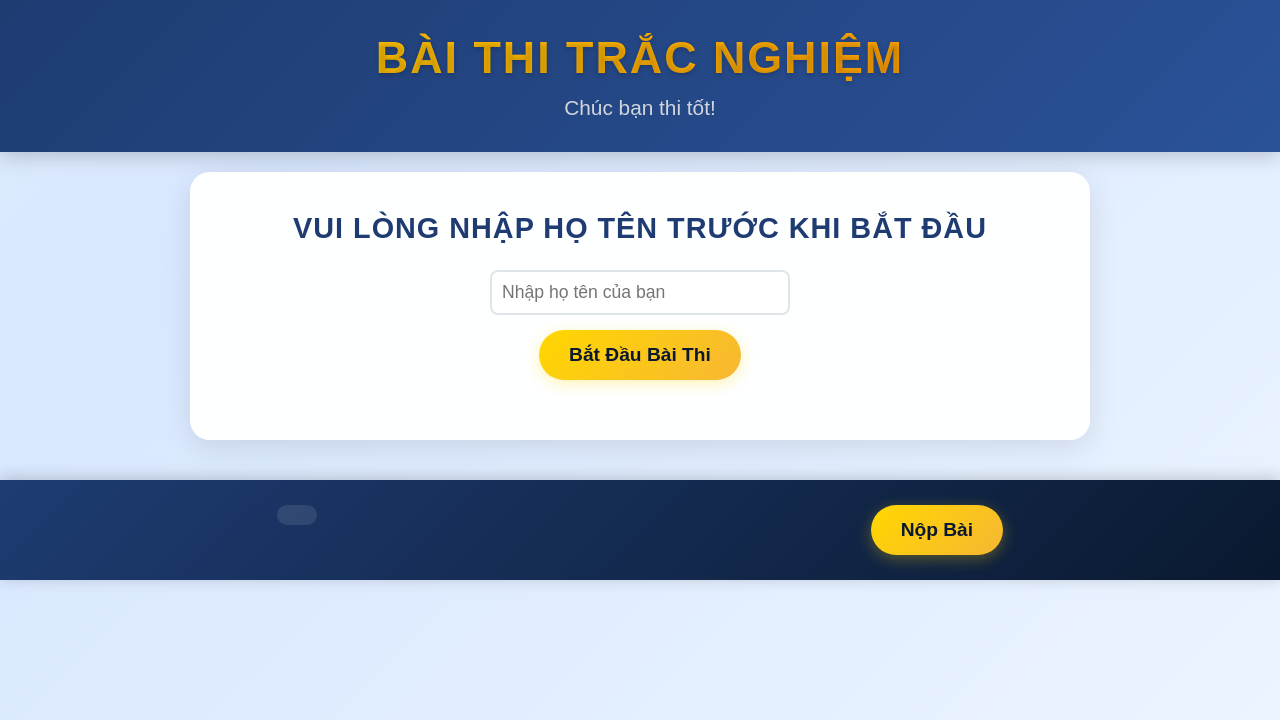
Repository: quankenda73/Prject_Final
Page: INDEX/quiz.html
These files come from the project's save history. The page is drawn as it stood at one moment and after the next save; the edit follows.
The browser window is 1280 px wide. The pictures show the whole page.

Above is the page before, as saved 2025-02-26 12:05:19.
Console error (its wording comes from the project's code and is left out).

### INDEX/quiz.html
<!DOCTYPE html>
<html lang="vi">
<head>
    <meta charset="UTF-8">
    <meta name="viewport" content="width=device-width, initial-scale=1.0">
    <title>Bài Thi Trắc Nghiệm</title>
    <style>
        /* CSS giữ nguyên như bạn cung cấp */
        * {
            margin: 0;
            padding: 0;
            box-sizing: border-box;
            font-family: 'Arial', sans-serif;
        }

        body {
            background: linear-gradient(135deg, #e9f1ff, #d9e8ff, #f0f7ff);
            background-size: 200% 200%;
            animation: gradientBG 15s ease infinite;
            color: #2c3e50;
            min-height: 100vh;
            display: flex;
            flex-direction: column;
        }

        @keyframes gradientBG {
            0% { background-position: 0% 50%; }
            50% { background-position: 100% 50%; }
            100% { background-position: 0% 50%; }
        }

        header {
            background: linear-gradient(135deg, #1e3c72, #2a5298);
            color: #e6e6e6;
            padding: 2rem 0;
            text-align: center;
            box-shadow: 0 4px 20px rgba(0, 0, 0, 0.2);
        }

        header h1 {
            font-size: 2.8rem;
            font-weight: 700;
            text-transform: uppercase;
            letter-spacing: 2px;
            margin-bottom: 0.8rem;
            background: linear-gradient(135deg, #ffd700, #ff8c00);
            -webkit-background-clip: text;
            -webkit-text-fill-color: transparent;
            text-shadow: 0 2px 5px rgba(0, 0, 0, 0.2);
        }

        header p {
            font-size: 1.3rem;
            opacity: 0.9;
            font-weight: 300;
        }

        section {
            width: 100%;
            max-width: 900px;
            margin: 40px auto;
            background: rgba(255, 255, 255, 0.98);
            padding: 40px;
            border-radius: 20px;
            box-shadow: 0 8px 30px rgba(0, 0, 0, 0.1);
            transition: transform 0.3s ease, box-shadow 0.3s ease;
        }

        section:hover {
            transform: translateY(-5px);
            box-shadow: 0 12px 40px rgba(0, 0, 0, 0.15);
        }

        #quizQuestions {
            margin-top: 20px;
        }

        h3 {
            color: #1e3c72;
            font-size: 1.8rem;
            font-weight: 700;
            text-align: center;
            margin-bottom: 25px;
            text-transform: uppercase;
            letter-spacing: 1px;
        }

        div {
            margin-bottom: 30px;
        }

        p strong {
            font-size: 1.2rem;
            color: #2c3e50;
        }

        input[type="radio"] {
            margin-right: 10px;
            accent-color: #ffd700;
        }

        label {
            font-size: 1.1rem;
            color: #4a5a6b;
            cursor: pointer;
            transition: color 0.3s ease;
        }

        label:hover {
            color: #1e3c72;
        }

        footer {
            width: 100%;
            padding: 25px 0;
            background: linear-gradient(135deg, #1e3c72, #0a192f);
            color: #e6e6e6;
            box-shadow: 0 -2px 15px rgba(0, 0, 0, 0.2);
            text-align: center;
            display: flex;
            justify-content: space-around;
            align-items: center;
        }

        #countdown {
            font-size: 1.2rem;
            font-weight: 600;
            background: rgba(255, 255, 255, 0.1);
            padding: 10px 20px;
            border-radius: 25px;
        }

        button {
            padding: 14px 30px;
            background: linear-gradient(135deg, #ffd700, #f7b733);
            color: #0a192f;
            border: none;
            border-radius: 25px;
            font-size: 1.2rem;
            font-weight: 600;
            cursor: pointer;
            transition: all 0.4s ease;
            box-shadow: 0 4px 15px rgba(255, 215, 0, 0.3);
        }

        button:hover {
            background: linear-gradient(135deg, #f7b733, #ffd700);
            transform: scale(1.05);
            box-shadow: 0 8px 25px rgba(255, 215, 0, 0.5);
        }

        #name-form {
            text-align: center;
            margin-bottom: 20px;
        }

        #name-input {
            padding: 10px;
            font-size: 1.1rem;
            border: 2px solid #dfe6e9;
            border-radius: 8px;
            width: 60%;
            max-width: 300px;
            margin-bottom: 15px;
        }

        @media (max-width: 768px) {
            header {
                padding: 1.5rem 15px;
            }

            header h1 {
                font-size: 2.2rem;
            }

            header p {
                font-size: 1.1rem;
            }

            section {
                margin: 20px auto;
                padding: 25px;
            }

            h3 {
                font-size: 1.6rem;
            }

            p strong {
                font-size: 1.1rem;
            }

            label {
                font-size: 1rem;
            }

            footer {
                flex-direction: column;
                gap: 15px;
                padding: 15px 0;
            }

            #countdown {
                font-size: 1rem;
            }

            button {
                padding: 12px 25px;
                font-size: 1.1rem;
            }
        }
    </style>
</head>
<body>
    <header>
        <h1>Bài Thi Trắc Nghiệm</h1>
        <p>Chúc bạn thi tốt!</p>
    </header>

    <section id="quizQuestions">
        <div id="name-form">
            <h3>Vui lòng nhập họ tên trước khi bắt đầu</h3>
            <input type="text" id="name-input" placeholder="Nhập họ tên của bạn" required>
            <br>
            <button onclick="startQuiz()">Bắt Đầu Bài Thi</button>
        </div>
    </section>

    <footer>
        <div>
            <p id="countdown"></p>
        </div>
        <button onclick="submitQuiz()">Nộp Bài</button>
    </footer>

    <script>
        const urlParams = new URLSearchParams(window.location.search);
        const subject = urlParams.get('subject');
        const level = urlParams.get('level');
        const timeParam = urlParams.get('time');
        const timeLimit = timeParam ? parseInt(timeParam) * 60 : 600;

        if (!subject || !level) {
            alert("Thiếu môn học hoặc cấp độ. Vui lòng kiểm tra lại URL!");
            throw new Error("Thiếu subject hoặc level trong URL");
        }

        let remainingTime = timeLimit;
        let questionsData = [];
        let quizStarted = false;

        function startQuiz() {
            const name = document.getElementById('name-input').value.trim();
            if (!name) {
                alert("Vui lòng nhập họ tên trước khi bắt đầu!");
                return;
            }

            quizStarted = true;
            document.getElementById('name-form').style.display = 'none';

            fetch(`http://localhost:3000/api/questions?subject=${subject}&level=${level}`)
                .then(response => {
                    if (!response.ok) {
                        throw new Error(`Không thể tải dữ liệu từ server. Mã lỗi: ${response.status}`);
                    }
                    return response.json();
                })
                .then(data => {
                    if (data.questions && data.questions.length > 0) {
                        questionsData = data.questions;
                        loadQuiz();
                        startCountdown();
                    } else {
                        throw new Error("Không tìm thấy câu hỏi nào phù hợp!");
                    }
                })
                .catch(error => {
                    console.error("Lỗi khi tải dữ liệu:", error);
                    document.getElementById('quizQuestions').innerHTML = `
                        <p style="color: #e74c3c; text-align: center;">
                            Không thể tải dữ liệu bài thi!<br>
                            Lý do: ${error.message}<br>
                            Vui lòng kiểm tra server hoặc file dethi.json.
                        </p>`;
                });
        }

        function loadQuiz() {
            if (!questionsData.length) {
                document.getElementById('quizQuestions').innerHTML = "<p>Không có câu hỏi nào.</p>";
                return;
            }

            let quizHTML = "<h3>Câu Hỏi</h3>";
            questionsData.forEach((q, index) => {
                quizHTML += `
                    <div>
                        <p><strong>${index + 1}. ${q.question}</strong></p>
                        ${q.options.map((option, i) => `
                            <input type="radio" name="q${index}" value="${option}" id="q${index}_option${i}">
                            <label for="q${index}_option${i}">${option}</label><br>
                        `).join('')}
                    </div>
                `;
            });

            document.getElementById('quizQuestions').innerHTML = quizHTML;
        }

        function startCountdown() {
            const countdownElement = document.getElementById('countdown');
            const interval = setInterval(() => {
                if (remainingTime <= 0) {
                    clearInterval(interval);
                    alert('Hết giờ! Bài thi đã được nộp.');
                    submitQuiz();
                } else if (quizStarted) {
                    const minutes = Math.floor(remainingTime / 60);
                    const seconds = remainingTime % 60;
                    countdownElement.textContent = `Thời gian còn lại: ${minutes}:${seconds < 10 ? '0' : ''}${seconds}`;
                    remainingTime--;
                }
            }, 1000);
        }

        function submitQuiz() {
            if (!quizStarted) return;

            const name = document.getElementById('name-input').value.trim();
            let scoreEasy = 0, scoreMedium = 0, scoreHard = 0;
            const answers = [];

            questionsData.forEach((q, index) => {
                const selectedAnswer = document.querySelector(`input[name="q${index}"]:checked`);
                const selectedValue = selectedAnswer ? selectedAnswer.value.trim() : "Chưa chọn";
                answers[index] = selectedValue;

                const isCorrect = selectedValue === q.answer.trim();
                if (isCorrect) {
                    switch (q.difficulty) {
                        case "dễ":
                            scoreEasy++;
                            break;
                        case "trung bình":
                            scoreMedium++;
                            break;
                        case "khó":
                            scoreHard++;
                            break;
                    }
                }
            });

            const totalScore = scoreEasy + scoreMedium + scoreHard;
            const result = {
                name: name,
                subject: subject,
                scoreEasy: scoreEasy,
                scoreMedium: scoreMedium,
                scoreHard: scoreHard,
                totalScore: totalScore
            };

            let results = JSON.parse(localStorage.getItem('quizResults')) || [];
            results.push(result);
            localStorage.setItem('quizResults', JSON.stringify(results));

            const answerParams = answers.map((answer, index) => `q${index}=${encodeURIComponent(answer)}`).join('&');
            window.location.href = `results.html?subject=${subject}&level=${level}&score=${totalScore}&${answerParams}`;
        }
    </script>
</body>
</html>

After the next save:
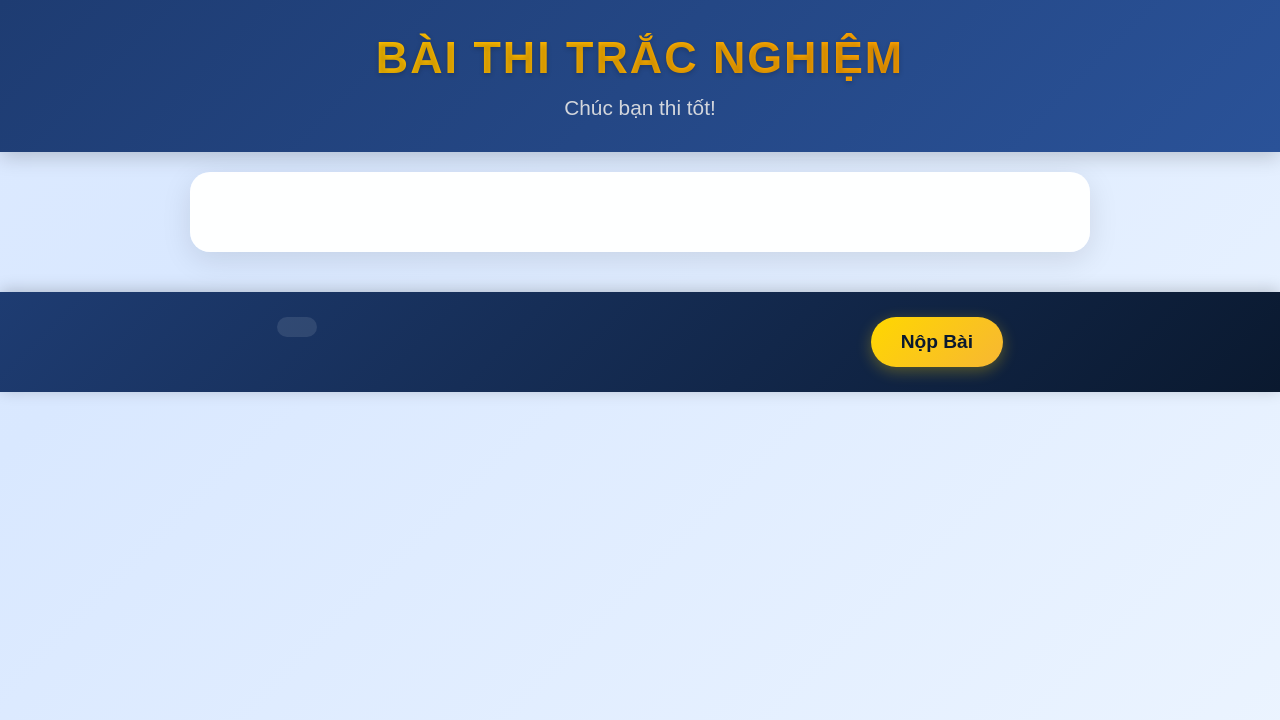
Saved 118 s later.
--- a/INDEX/quiz.html
+++ b/INDEX/quiz.html
@@ -149,21 +149,6 @@
             box-shadow: 0 8px 25px rgba(255, 215, 0, 0.5);
         }
 
-        #name-form {
-            text-align: center;
-            margin-bottom: 20px;
-        }
-
-        #name-input {
-            padding: 10px;
-            font-size: 1.1rem;
-            border: 2px solid #dfe6e9;
-            border-radius: 8px;
-            width: 60%;
-            max-width: 300px;
-            margin-bottom: 15px;
-        }
-
         @media (max-width: 768px) {
             header {
                 padding: 1.5rem 15px;
@@ -217,14 +202,7 @@
         <p>Chúc bạn thi tốt!</p>
     </header>
 
-    <section id="quizQuestions">
-        <div id="name-form">
-            <h3>Vui lòng nhập họ tên trước khi bắt đầu</h3>
-            <input type="text" id="name-input" placeholder="Nhập họ tên của bạn" required>
-            <br>
-            <button onclick="startQuiz()">Bắt Đầu Bài Thi</button>
-        </div>
-    </section>
+    <section id="quizQuestions"></section>
 
     <footer>
         <div>
@@ -247,44 +225,33 @@
 
         let remainingTime = timeLimit;
         let questionsData = [];
-        let quizStarted = false;
-
-        function startQuiz() {
-            const name = document.getElementById('name-input').value.trim();
-            if (!name) {
-                alert("Vui lòng nhập họ tên trước khi bắt đầu!");
-                return;
-            }
-
-            quizStarted = true;
-            document.getElementById('name-form').style.display = 'none';
-
-            fetch(`http://localhost:3000/api/questions?subject=${subject}&level=${level}`)
-                .then(response => {
-                    if (!response.ok) {
-                        throw new Error(`Không thể tải dữ liệu từ server. Mã lỗi: ${response.status}`);
-                    }
-                    return response.json();
-                })
-                .then(data => {
-                    if (data.questions && data.questions.length > 0) {
-                        questionsData = data.questions;
-                        loadQuiz();
-                        startCountdown();
-                    } else {
-                        throw new Error("Không tìm thấy câu hỏi nào phù hợp!");
-                    }
-                })
-                .catch(error => {
-                    console.error("Lỗi khi tải dữ liệu:", error);
-                    document.getElementById('quizQuestions').innerHTML = `
-                        <p style="color: #e74c3c; text-align: center;">
-                            Không thể tải dữ liệu bài thi!<br>
-                            Lý do: ${error.message}<br>
-                            Vui lòng kiểm tra server hoặc file dethi.json.
-                        </p>`;
-                });
-        }
+
+        // Tải đề thi từ server.js
+        fetch(`http://localhost:3000/api/questions?subject=${subject}&level=${level}`)
+            .then(response => {
+                if (!response.ok) {
+                    throw new Error(`Không thể tải dữ liệu từ server. Mã lỗi: ${response.status}`);
+                }
+                return response.json();
+            })
+            .then(data => {
+                if (data.questions && data.questions.length > 0) {
+                    questionsData = data.questions;
+                    loadQuiz();
+                    startCountdown();
+                } else {
+                    throw new Error("Không tìm thấy câu hỏi nào phù hợp!");
+                }
+            })
+            .catch(error => {
+                console.error("Lỗi khi tải dữ liệu:", error);
+                document.getElementById('quizQuestions').innerHTML = `
+                    <p style="color: #e74c3c; text-align: center;">
+                        Không thể tải dữ liệu bài thi!<br>
+                        Lý do: ${error.message}<br>
+                        Vui lòng kiểm tra server hoặc file dethi.json.
+                    </p>`;
+            });
 
         function loadQuiz() {
             if (!questionsData.length) {
@@ -315,7 +282,7 @@
                     clearInterval(interval);
                     alert('Hết giờ! Bài thi đã được nộp.');
                     submitQuiz();
-                } else if (quizStarted) {
+                } else {
                     const minutes = Math.floor(remainingTime / 60);
                     const seconds = remainingTime % 60;
                     countdownElement.textContent = `Thời gian còn lại: ${minutes}:${seconds < 10 ? '0' : ''}${seconds}`;
@@ -325,50 +292,28 @@
         }
 
         function submitQuiz() {
-            if (!quizStarted) return;
-
-            const name = document.getElementById('name-input').value.trim();
-            let scoreEasy = 0, scoreMedium = 0, scoreHard = 0;
-            const answers = [];
+            let score = 0;
+            const answers = []; // Lưu trữ đáp án đã chọn
 
             questionsData.forEach((q, index) => {
                 const selectedAnswer = document.querySelector(`input[name="q${index}"]:checked`);
                 const selectedValue = selectedAnswer ? selectedAnswer.value.trim() : "Chưa chọn";
-                answers[index] = selectedValue;
+                answers[index] = selectedValue; // Lưu đáp án vào mảng
 
                 const isCorrect = selectedValue === q.answer.trim();
                 if (isCorrect) {
-                    switch (q.difficulty) {
-                        case "dễ":
-                            scoreEasy++;
-                            break;
-                        case "trung bình":
-                            scoreMedium++;
-                            break;
-                        case "khó":
-                            scoreHard++;
-                            break;
-                    }
+                    score++;
                 }
             });
 
-            const totalScore = scoreEasy + scoreMedium + scoreHard;
-            const result = {
-                name: name,
-                subject: subject,
-                scoreEasy: scoreEasy,
-                scoreMedium: scoreMedium,
-                scoreHard: scoreHard,
-                totalScore: totalScore
-            };
-
-            let results = JSON.parse(localStorage.getItem('quizResults')) || [];
-            results.push(result);
-            localStorage.setItem('quizResults', JSON.stringify(results));
-
+            // Tạo URL parameters từ mảng đáp án
             const answerParams = answers.map((answer, index) => `q${index}=${encodeURIComponent(answer)}`).join('&');
-            window.location.href = `results.html?subject=${subject}&level=${level}&score=${totalScore}&${answerParams}`;
-        }
+
+            // Chuyển hướng sang results.html với score và answerParams
+            window.location.href = `results.html?subject=${subject}&level=${level}&score=${score}&${answerParams}`;
+        }
+
+        // Loại bỏ hàm getGeminiExplanation để tránh lỗi API
     </script>
 </body>
 </html>
